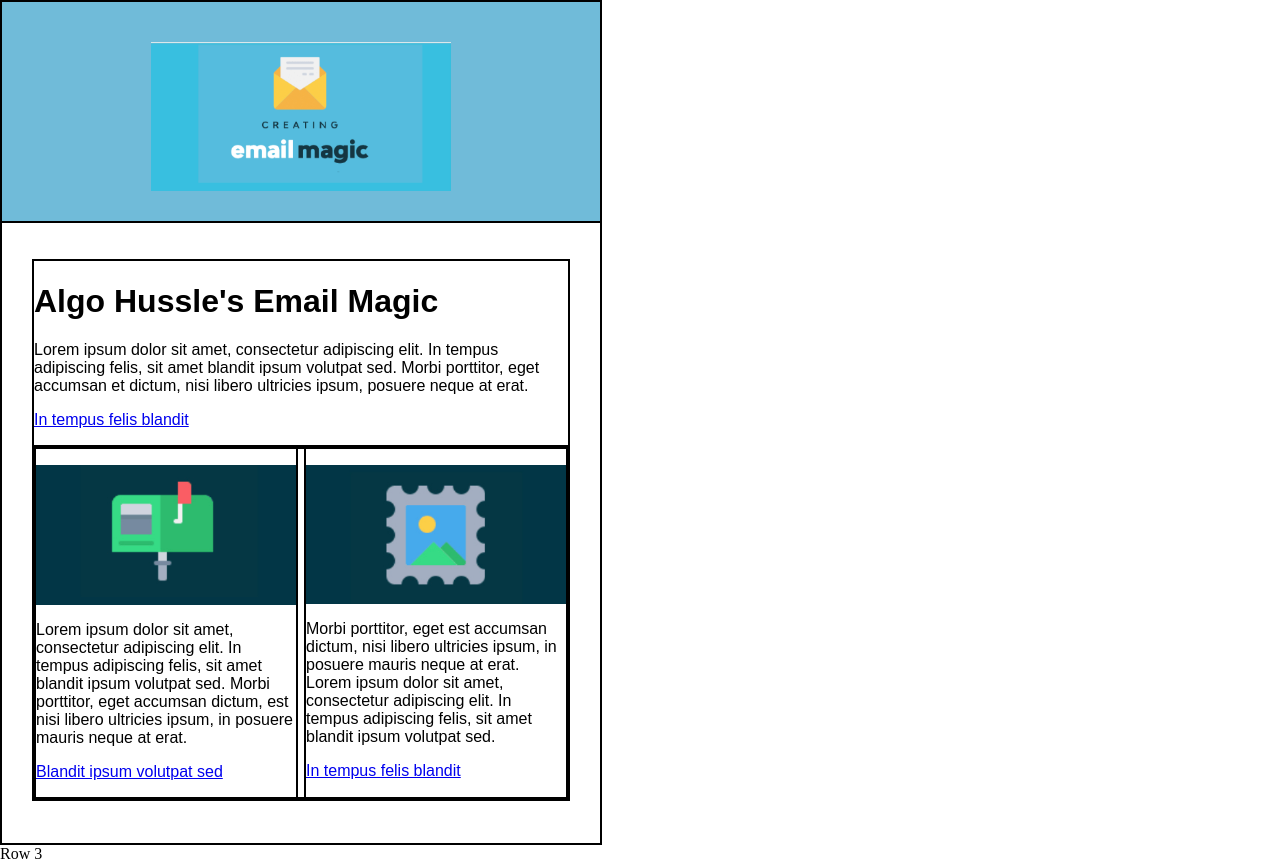
Repository: MikeeBuilds/email-template
Page: index.html
The author's editor kept a copy of each file at every save. The page is drawn from the files as they stood at one save, then again after a run of saves.
The browser window is 1280 px wide. The pictures show the whole page.

Above is the page before, as saved 2022-11-21 18:08:36.

After the next 2 saves:
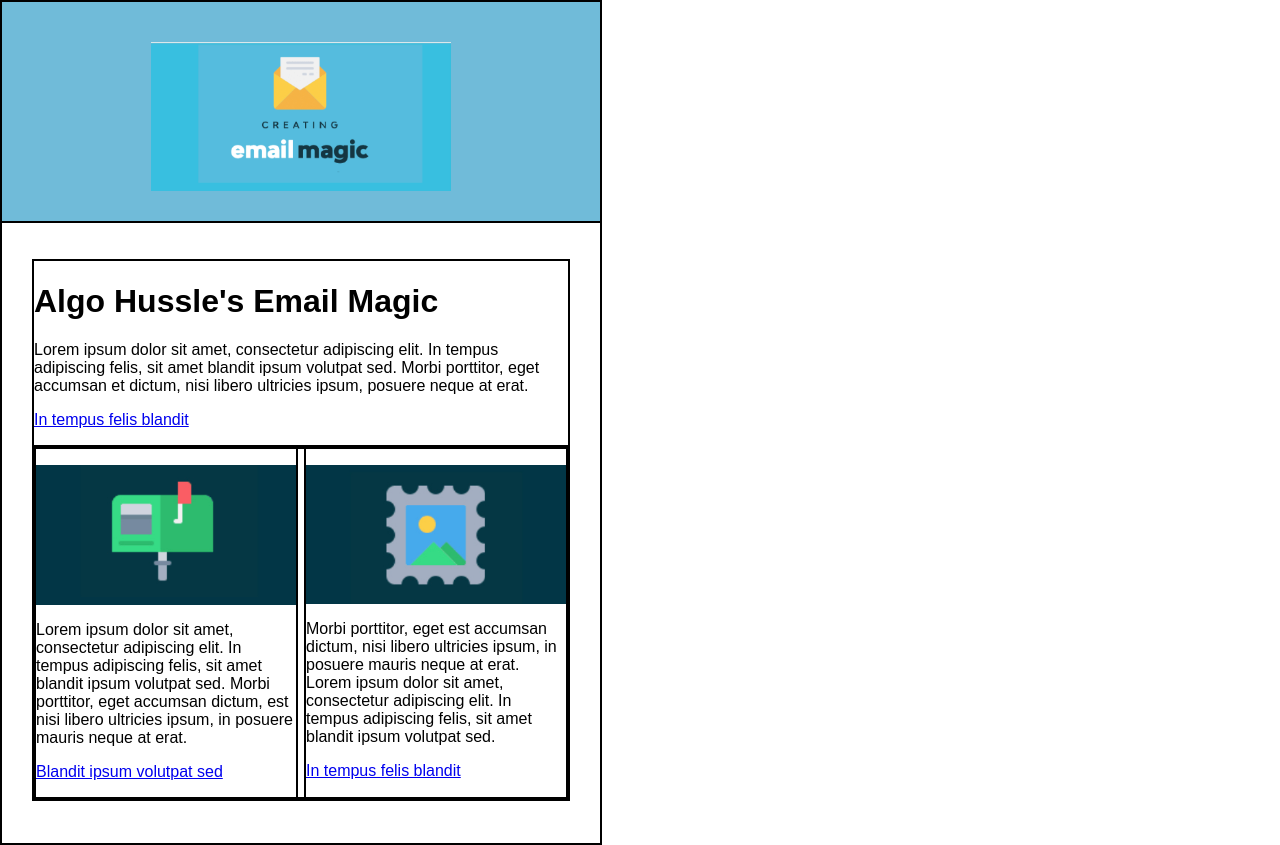
The 2 saves are shown as one change because they came seconds apart.
The last was saved 23 s later.
--- a/index.html
+++ b/index.html
@@ -71,10 +71,8 @@
         </head>
 
 
-        <tr>
-            <td align="center" style="padding: 30px; background: #ee4c50;">
-                Row 3
-            </td>
-        </tr>
+        <footer>
+
+        </footer>
 
         </html>
